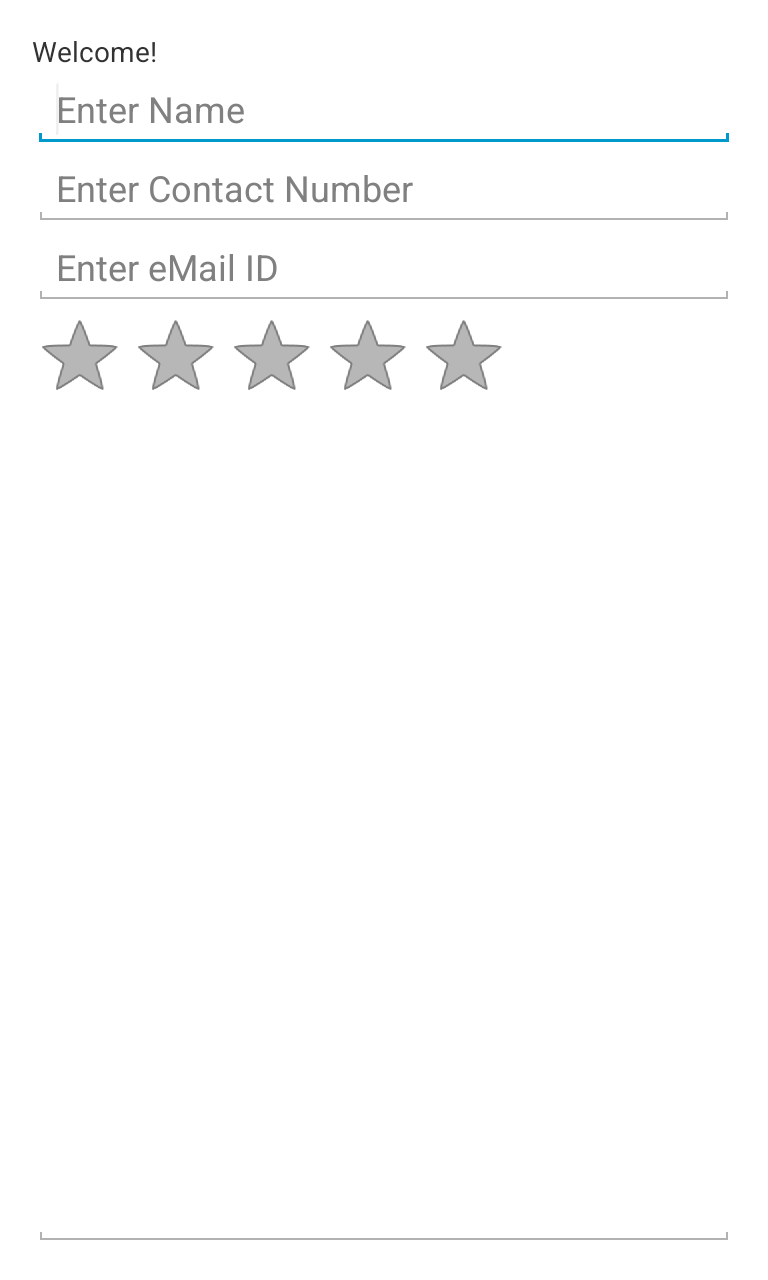
Repository: 12030121070/FeedbackForms
Layout: MT/res/layout/activity_form.xml
These files come from the project's save history. The layout is drawn as it stood at one moment and after the next save; the edit follows.
It is drawn on a 768 x 1280 px phone screen (xhdpi) without system bars, with theme AppTheme; the app's code is not run.

Above is the layout before, as saved 2015-01-28 03:44:47.

### MT/res/layout/activity_form.xml
<LinearLayout xmlns:android="http://schemas.android.com/apk/res/android"
    xmlns:tools="http://schemas.android.com/tools"
    android:layout_width="match_parent"
    android:layout_height="match_parent"
    android:orientation="vertical"
    android:paddingBottom="@dimen/activity_vertical_margin"
    android:paddingLeft="@dimen/activity_horizontal_margin"
    android:paddingRight="@dimen/activity_horizontal_margin"
    android:paddingTop="@dimen/activity_vertical_margin"
    tools:context=".FormActivity" >

    <TextView
        android:layout_width="wrap_content"
        android:layout_height="wrap_content"
        android:text="Welcome!" />

    <EditText
        android:id="@+id/name"
        android:layout_width="match_parent"
        android:layout_height="wrap_content"
        android:ems="10"
        android:hint="Enter Name"
        android:inputType="textPersonName" >
        <requestFocus />
    </EditText>

    <EditText
        android:id="@+id/num"
        android:layout_width="match_parent"
        android:layout_height="wrap_content"
        android:ems="10"
        android:hint="Enter Contact Number"
        android:inputType="phone" />

    <EditText
        android:id="@+id/mail"
        android:layout_width="match_parent"
        android:layout_height="wrap_content"
        android:ems="10"
        android:hint="Enter eMail ID"
        android:inputType="textEmailAddress" />

    <RatingBar
        android:id="@+id/ratingBar1"
        android:layout_width="wrap_content"
        android:layout_height="wrap_content" />

    <EditText
        android:id="@+id/feedback1"
        android:layout_width="match_parent"
        android:layout_height="wrap_content"
        android:layout_weight="0.12"
        android:ems="10"
        android:inputType="textMultiLine" />

</LinearLayout>

Loaded but not shown: MT/res/values/styles.xml (common file); MT/res/values-v11/styles.xml (common file); MT/res/values-v14/styles.xml (common file); MT/res/values/dimens.xml (common file)

After the next save:
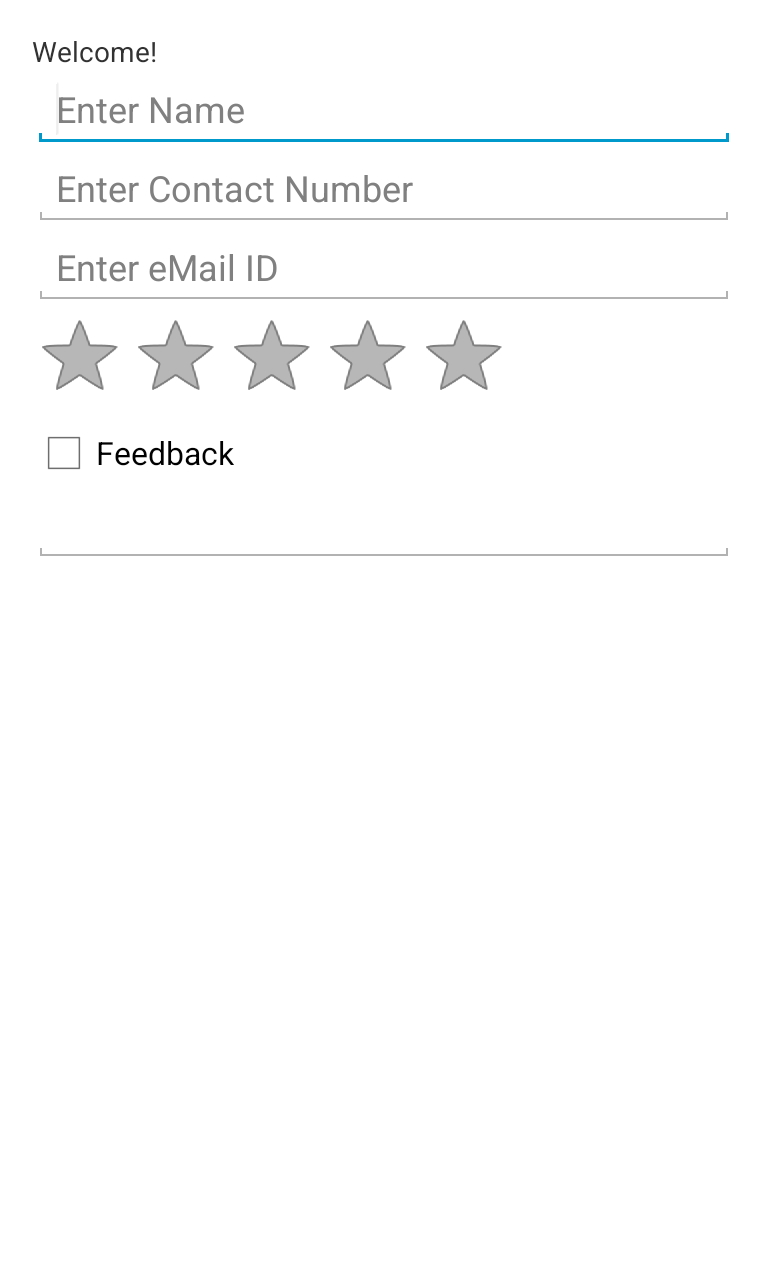
Saved 43 s later.
--- a/MT/res/layout/activity_form.xml
+++ b/MT/res/layout/activity_form.xml
@@ -45,11 +45,17 @@
         android:layout_width="wrap_content"
         android:layout_height="wrap_content" />
 
+    <CheckBox
+        android:id="@+id/fb_check"
+        android:layout_width="wrap_content"
+        android:layout_height="wrap_content"
+        android:text="Feedback" />
+
     <EditText
         android:id="@+id/feedback1"
         android:layout_width="match_parent"
         android:layout_height="wrap_content"
-        android:layout_weight="0.12"
+        android:layout_weight="0.00"
         android:ems="10"
         android:inputType="textMultiLine" />
 
